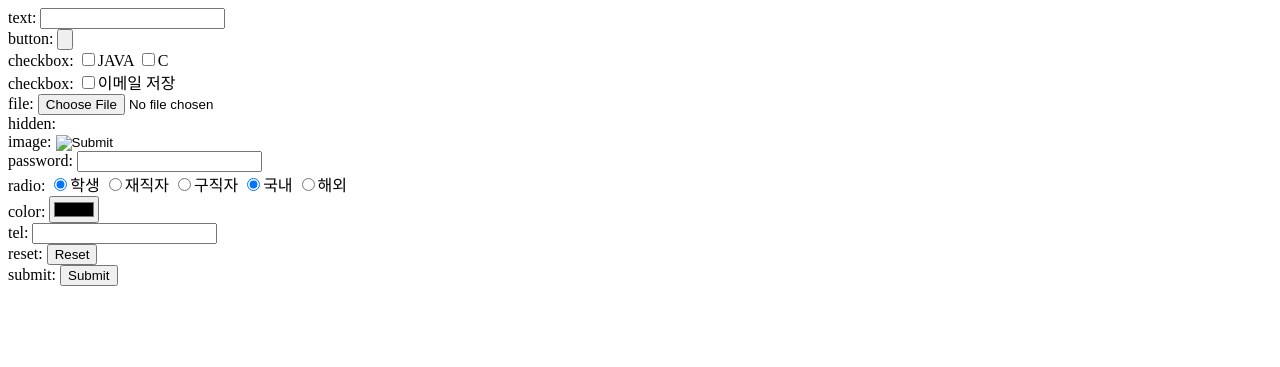
Repository: soso1525/bitcamp
Page: workspace/java-web/src/main/webapp/ch2/2-38.html
The author's editor kept a copy of each file at every save. The page is drawn from the files as they stood at one save, then again after the next save.
The browser window is 1280 px wide. The pictures show the whole page.

Above is the page before, as saved 2017-12-12 07:20:24.

After the next save:
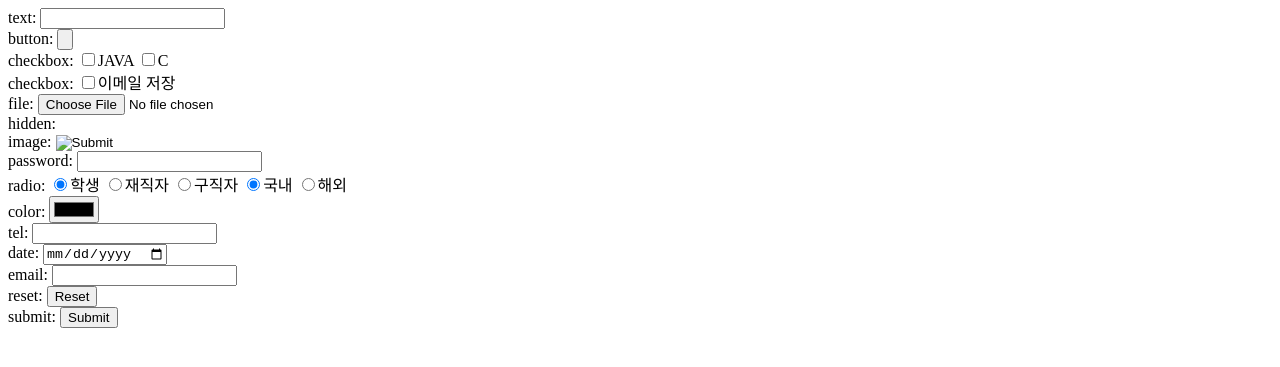
Saved 44 s later.
--- a/workspace/java-web/src/main/webapp/ch2/2-38.html
+++ b/workspace/java-web/src/main/webapp/ch2/2-38.html
@@ -22,6 +22,8 @@
 
         color: <input type="color"><br>
         tel: <input type="tel"><br>
+        date: <input type="date"><br>
+        email: <input type="email"><br>
         reset: <input type="reset" /><br />
         submit: <input type="submit" />
     </form>
